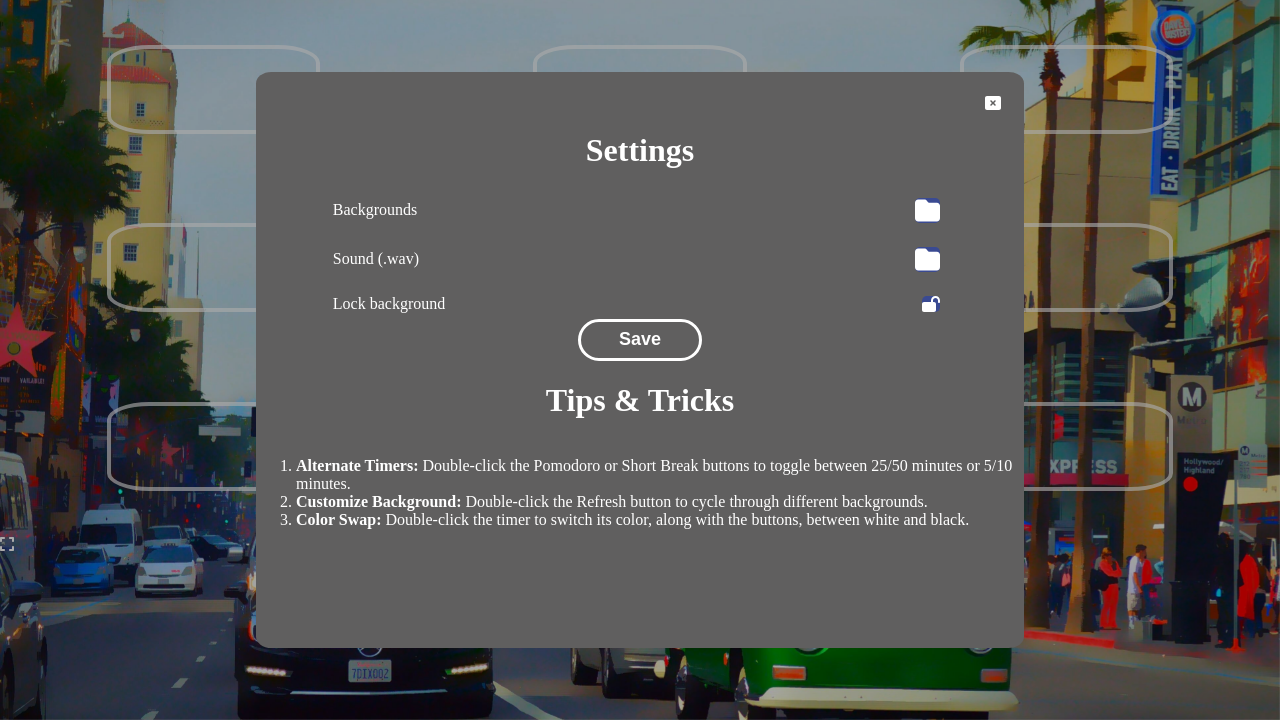
Repository: ttommytan/pomodoro
Page: /, after clicking the first element matching `svg.fa-gear`
These files come from the project's save history. The page is drawn as it stood at one moment and after a run of saves; the edit follows.
The browser window is 1280 px wide. The pictures show the whole page.
The project was rebuilt for these pictures with package versions that can differ from the ones it lists, and the page was loaded fresh each time. Also part of the build but not shown: vite.config.js, src/components/Test.jsx, src/components/SliderComponent.jsx. Imported but missing from the stored project, and not drawn on this page: src/assets/chime.wav.

Above is the page before, as saved 2024-08-27 13:33:43.

### index.html
<!doctype html>
<html lang="en">
  <head>
    <meta charset="UTF-8" />
    <link rel="icon" type="image/svg+xml" href="/vite.svg" />
    <meta name="viewport" content="width=device-width, initial-scale=1.0" />
    <title>Pomodoro Timer</title>
    <link rel="preconnect" href="https://fonts.googleapis.com">
    <link rel="preconnect" href="https://fonts.gstatic.com" crossorigin>
    <link href="https://fonts.googleapis.com/css2?family=Space+Grotesk:wght@300..700&display=swap" rel="stylesheet">
  </head>
  <body>
    <div id="root"></div>

    <script type="module" src="/src/main.jsx"></script>
  </body>
</html>

### src/App.jsx
import { useState } from 'react'
import Test from './components/Test'
import Countdown from './components/Countdown'
import SliderComponent from './components/SliderComponent'

function App() {
  const [count, setCount] = useState(0)

  return (
    <>

    <div className=''>
        <Countdown givenTime={1500}/>
    </div>
    </>
  )
}

export default App

### src/index.css
.big-container {
  top: 0;
  left: 0;
  width: 100%;
  height: 100%;
  position: absolute;
  display: grid;
  overflow: hidden;
  margin: 0;
  padding: 0;
  background-size: cover;
  background-repeat: no-repeat;
  background-attachment: fixed;
  background-position: center;

  grid-template-areas: "top-left top-mid top-right"
                       "mid-left mid-mid mid-right"
                       "bot-left bot-mid bot-right";
}

.containers-top-left, .containers-top-mid, .containers-top-right,
.containers-mid-left, .containers-mid-mid, .containers-mid-right,
.containers-bot-left, .containers-bot-mid, .containers-bot-right {
  width:500px;
  height: 300px;
  font-family: "Space Grotesk", sans-serif;
  font-weight: 400;
  display: flex;
  flex-direction: column;
  justify-content: space-evenly;
  align-items: center;
  position: absolute;
  top: 50%;
  left: 50%;
  transform: translate(-50%, -50%);
  padding: 10px;
  user-select: none;
  -moz-user-select: none;
  -khtml-user-select: none;
  -webkit-user-select: none;
  -o-user-select: none;
  z-index: 2;
}

.containers-top-left:hover, .containers-top-mid:hover, .containers-top-right:hover,
.containers-mid-left:hover, .containers-mid-mid:hover, .containers-mid-right:hover,
.containers-bot-left:hover, .containers-bot-mid:hover, .containers-bot-right:hover
{
  cursor: pointer;
}
.containers-top-left{
  grid-area: top-left;
  padding-top: 10%;
}
.containers-top-mid {
  grid-area: top-mid;
  padding-top: 10%;
}
.containers-top-right {
  grid-area: top-right;
  padding-top: 10%;
}

.containers-mid-left {
  grid-area: mid-left;
}
.containers-mid-mid {
  grid-area: mid-mid;
}
.containers-mid-right {
  grid-area: mid-right;
}


.containers-bot-left {
  grid-area: bot-left;
  padding-bottom: 10%;
}
.containers-bot-mid {
  grid-area: bot-mid;
  padding-bottom: 10%;
}
.containers-bot-right {
  grid-area: bot-right;
  padding-bottom: 10%;
}

.top-left, .top-mid, .top-right,
.mid-left, .mid-mid, .mid-right,
.bot-left, .bot-mid, .bot-right{
  height: 50%;
  width: 50%;
  margin:auto;
  border-radius: 20%;
  border: rgba(255, 255, 255, 0.637) .3em solid;
  opacity: 1;
  background-color: rgba(0, 0, 0, 0);
}

.top-left:hover, .top-mid:hover, .top-right:hover,
.mid-left:hover, .mid-mid:hover, .mid-right:hover,
.bot-left:hover, .bot-mid:hover, .bot-right:hover{
  opacity: 1;
}

.top-leftblack, .top-midblack, .top-rightblack,
.mid-leftblack, .mid-midblack, .mid-rightblack,
.bot-leftblack, .bot-midblack, .bot-rightblack{
  height: 50%;
  width: 50%;
  margin:auto;
  border-radius: 20%;
  border: rgba(0, 0, 0, 0.637) .3em solid;
  opacity: 0;
  background-color: rgba(0, 0, 0, 0);
}

.top-leftblack:hover, .top-midblack:hover, .top-rightblack:hover,
.mid-leftblack:hover, .mid-midblack:hover, .mid-rightblack:hover,
.bot-leftblack:hover, .bot-midblack:hover, .bot-rightblack:hover{
  opacity: 1;
}

.top-left {grid-area: top-left;}
.top-mid {grid-area: top-mid;}
.top-right {grid-area: top-right;}

.mid-left {grid-area: mid-left;}
.mid-mid {grid-area: mid-mid;}
.mid-right {grid-area: mid-right;}

.bot-left {grid-area: bot-left;}
.bot-mid {grid-area: bot-mid;}
.bot-right {grid-area: bot-right;}





.inner-element {
  font-size: 80px;
  flex-wrap: wrap;
  text-align: center;
  margin:0;

}


.time {
  margin: 0;
  color: white;
}

.timeblack {
  margin: 0;
  color: black;
}


.buttons, .buttonsactive, .pause-button {
  margin: 0 5px; /* Add some space between buttons */
  cursor: pointer;
  color: white;
  border-radius: 30px;
  width: 124px;
  height: 42px;
  font-size: 18px;
  box-shadow: none;
  border: solid white;
  background-color: rgba(255, 255, 255, 0);
  font-weight: 600;

}

.buttonsactive{
  background-color: white;
  color: black;
}
.buttons:hover{
  background-color: white;
  color: black
}
.pause-button:hover{
  background-color: rgba(255, 255, 255, 0);
  color: white;
}

.buttonsblack, .buttonsactiveblack, .pause-buttonblack {
  margin: 0 5px; /* Add some space between buttons */
  cursor: pointer;
  color: black;
  border-radius: 30px;
  width: 124px;
  height: 42px;
  font-size: 18px;
  box-shadow: none;
  border: solid black;
  background-color: rgba(255, 255, 255, 0);
  font-weight: 600;

}
.buttonsactiveblack{
  background-color: black;
  color: white;
}
.buttonsblack:hover{
  background-color: black;
  color: white
}

.pause-buttonblack:hover{
  background-color: rgba(255, 255, 255, 0);
  color: black;
}

.pause-button {
  width: 100px;
  background-color: white;
  color: black
}

.pause-buttonblack {
  width: 100px;
  background-color: black;
  color: white
}


.bg-img{
  width: 100%;
  height: 100%;
  display: block;
}


.top-buttons {
  transition: opacity .8s ease-in-out;
  opacity: 1;
}

.top-buttonshide {
  opacity: 0;
  transition: opacity .8s ease-in-out;
}




.slider-container {
  max-width: 600px;
  margin: auto;
}

.slide {
  padding: 20px;
  font-size: 18px;
  text-align: center;
}

.slick-dots li button:before {
  font-size: 12px;
  color: blue; /* Change this to the color you prefer */
}

.slick-dots li.slick-active button:before {
  color: red !important; /* Change this to the color you prefer */
}

.slick-prev:before,
.slick-next:before {
  color: black; /* Change this to the color you prefer */
}

.top-right{
  position: relative;
}

.settings{
  grid-area: top-right;
  width: 45px;
  height: 45px;
  margin: auto;
  z-index: 1;
}

.outer-popup{
  position: fixed;
  top: 0;
  left: 0;
  width: 100%;
  height: 100vh;
  display: flex;
  justify-content: center;
  align-items: center;
  background-color: rgba(0, 0, 0, 0.332);
  z-index: 1000;
}

.inner-popup {
  background-color: rgb(96, 95, 95);
  width: 60%;
  height: 80%;
  display: flex;
  flex-direction: column;
  align-items: center;
  border-radius: 2%;
  z-index: 1001;
  color: white;
}

.exit{
  margin-top: 3%;
  margin-right: 3%;
  align-self: flex-end;
}
.settings-elements{
  width: 80%;
  display: flex;
  flex-direction: column;
  gap: 10px;

}
.settings-element{
  display: flex;
  align-items: center;
  justify-content: space-between;

}

.actual-btn {
  display: flex;
  flex-wrap: wrap;

  background-color: rgb(58, 74, 146);
  color: white;
  border-radius: 0.3rem;
  cursor: pointer;
  margin: 7px;
  justify-content: center;
  align-items: center;

}
.notification{
  position: absolute;
  bottom: 0;
  left: 0;
  background-color: white;
  padding: 1% 3%;;
  font-size: 18px;
  border-radius: 5px;
  margin-bottom: 1%;
  margin-left: 1%;
}

.icon-folder{
  width: 25px;
  height: 25px;
}

Loaded but not shown: src/main.jsx (common file); src/components/Countdown.jsx (615 lines, source omitted)

After the next 2 saves:
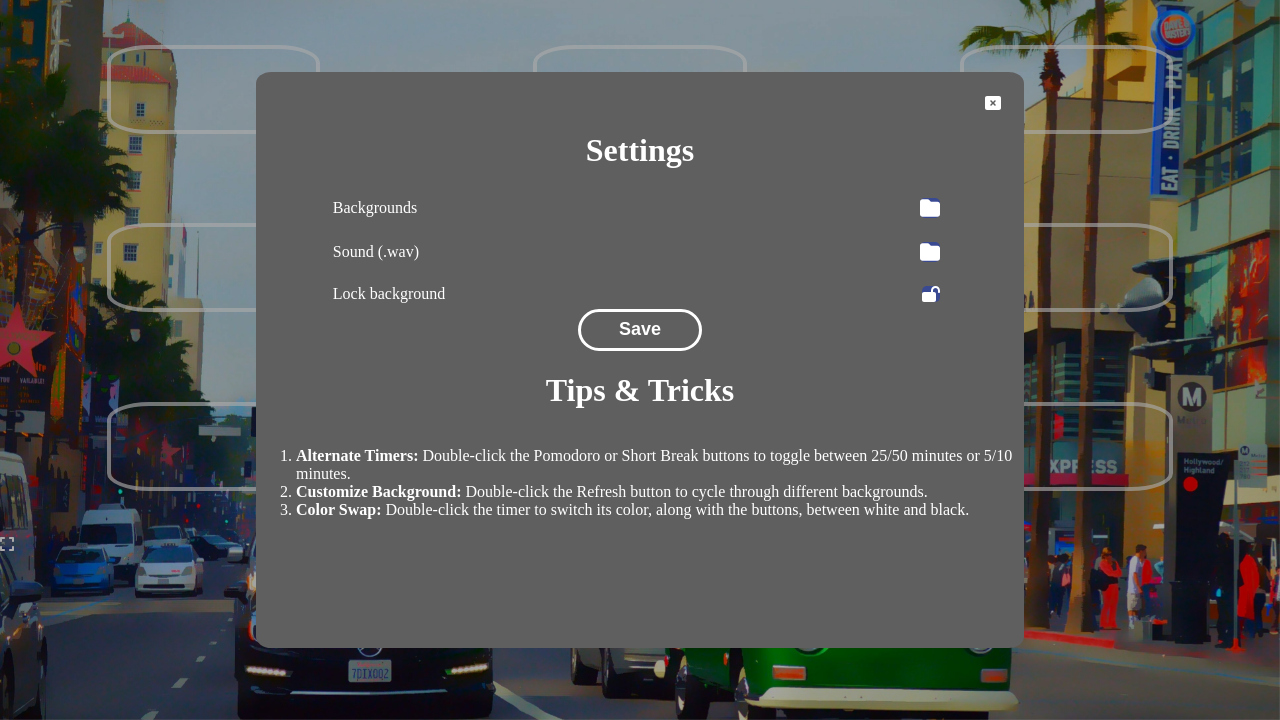
The 2 saves are shown as one change because they came seconds apart.
The last was saved 6 s later.
--- a/src/index.css
+++ b/src/index.css
@@ -353,6 +353,6 @@
 }
 
 .icon-folder{
-  width: 25px;
-  height: 25px;
-}
+  width: 20px;
+  height: 20px;
+}
